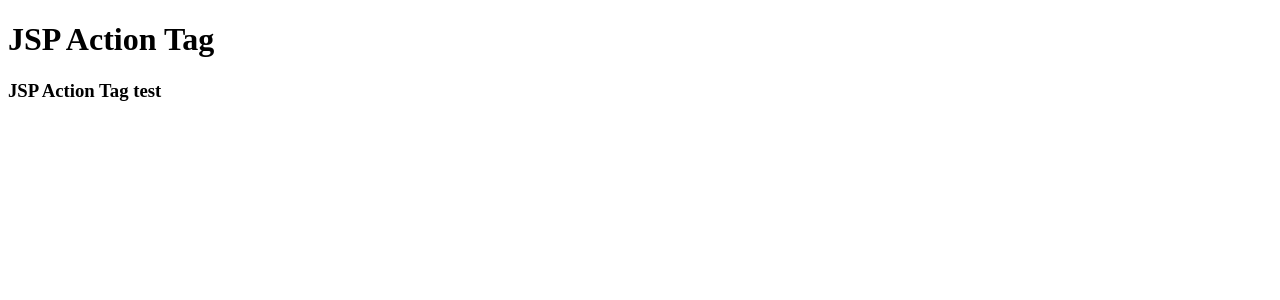
Repository: brightyein/06_jsp
Page: http://localhost/chap02-el-jstl/
An editor plug-in stored every save of this project. The page is shown before and after the next save, followed by the edit.
The browser window is 1280 px wide. The pictures show the whole page.
The page is served by Tomcat 10. Other server files are loaded and not shown.

Above is the page before, as saved 2024-06-10 03:10:12.

### chap02-el-jstl/src/main/webapp/index.jsp
<%@ page language="java" contentType="text/html; charset=UTF-8"
    pageEncoding="UTF-8"%>
<!DOCTYPE html>
<html>
<head>
<meta charset="UTF-8">
<title>EL & JSTL</title>
</head>
<body>
	<h1>JSP Action Tag</h1>
	<h3><a herf="views/action/testAction.jsp">JSP Action Tag test</a></h3>

	<br>
</body>
</html>

After the next save:
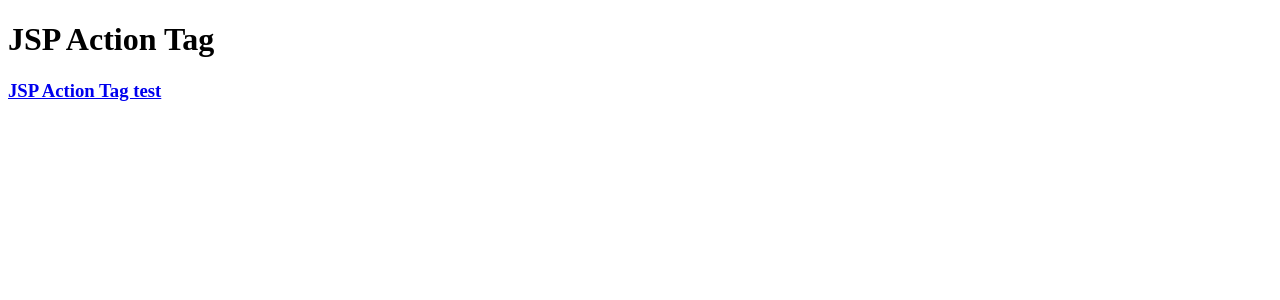
Saved 34 s later.
--- a/chap02-el-jstl/src/main/webapp/index.jsp
+++ b/chap02-el-jstl/src/main/webapp/index.jsp
@@ -8,7 +8,7 @@
 </head>
 <body>
 	<h1>JSP Action Tag</h1>
-	<h3><a herf="views/action/testAction.jsp">JSP Action Tag test</a></h3>
+	<h3><a href="views/action/testAction.jsp">JSP Action Tag test</a></h3>
 
 	<br>
 </body>
